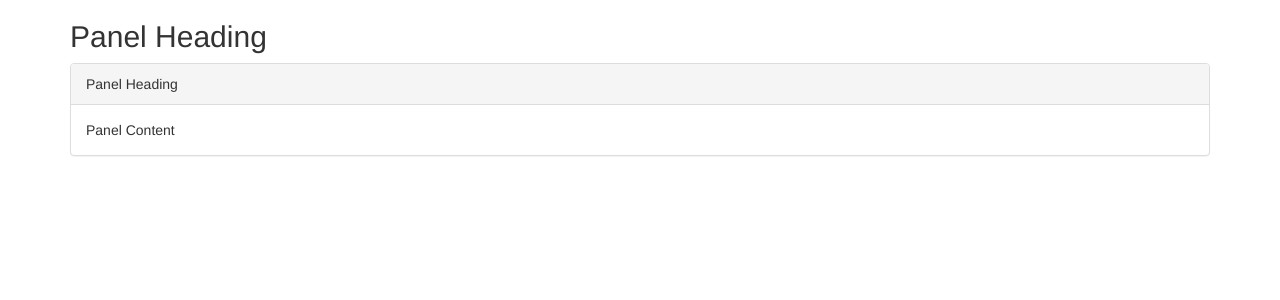
Repository: leejonggwon/PBG_SpringProject
Page: http://localhost/SpringMVC01/boardList.do
These files come from the project's save history. The page is drawn as it stood at one moment and after the next save; the edit follows.
The browser window is 1280 px wide. The pictures show the whole page.
The page is served by Tomcat 9.

Above is the page before, as saved 2025-07-31 06:52:16.

After the next save:
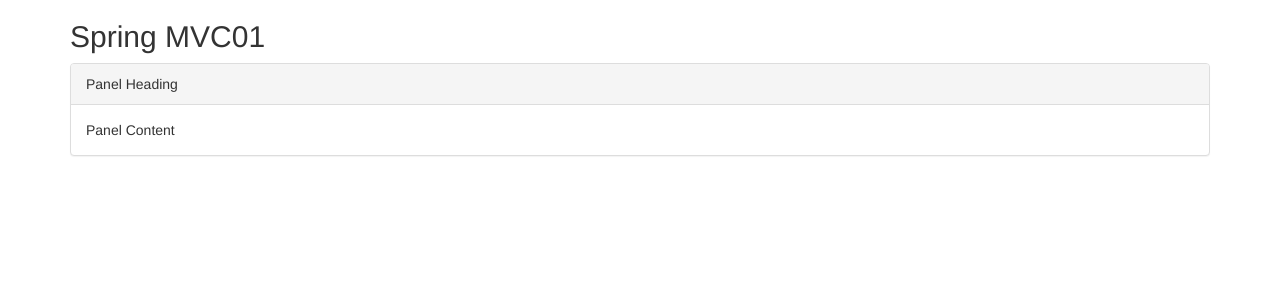
Saved 49 s later.
--- a/SpringMVC01/src/main/webapp/WEB-INF/views/boardList.jsp
+++ b/SpringMVC01/src/main/webapp/WEB-INF/views/boardList.jsp
@@ -12,7 +12,7 @@
 </head>
 <body>
 	<div class="container">
-		<h2>Panel Heading</h2>
+		<h2>Spring MVC01</h2>
 		<div class="panel panel-default">
 			<div class="panel-heading">Panel Heading</div>
 			<div class="panel-body">Panel Content</div>
